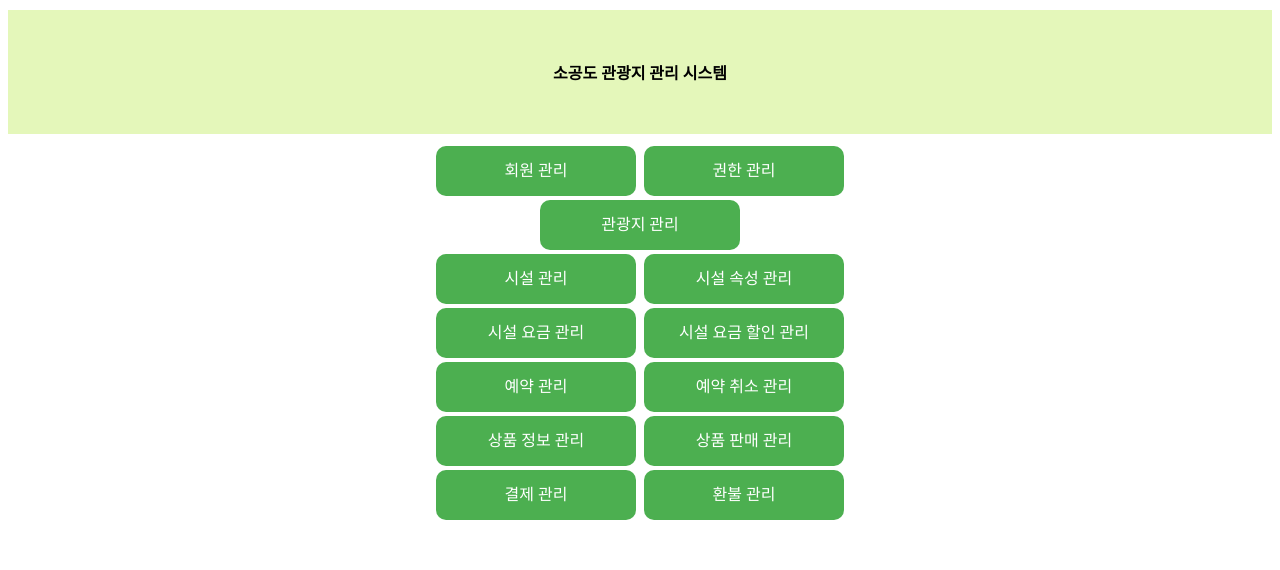
Repository: psyoongsc/SogongDo_Facility
Page: http://localhost/SogongDo_Management_System/
An editor plug-in stored every save of this project. The page is shown before and after the next save, followed by the edit.
The browser window is 1280 px wide. The pictures show the whole page.
The page is served by Tomcat 9. Nobody is signed in. The application's start-up code is not run. Other server files are loaded and not shown.

Above is the page before, as saved 2020-06-25 14:51:01.

### SogongDo_Management_System/WebContent/index.jsp
<%@ page language="java" contentType="text/html; charset=UTF-8"
    pageEncoding="UTF-8"%>
<!DOCTYPE html>
<html>
<head>
<meta charset="EUC-KR">
<title>소공도 관광지 관리 시스템</title>
<style>
a {
	text-decoration: none;
	text-align: center;
	background-color: #4CAF50;
	width: 200px;
	line-height: 50px;
	font-size: medium;
	display: inline-block;
	border-radius: 10px 10px;
	margin: 2px;
}

a:link {
	color: white;
}
a:visited {
	color: white;
}

.container {
	text-align: center;
}

.title {
	font-weight: bold;
	margin: 10px 0px;
	padding: 50px 0px;
	background-color: #E4F7BA;
}
</style>
</head>
<body>
	<div class="container title">
		소공도 관광지 관리 시스템
	</div>
	<div class="container">
		<a href="Member/view">회원 관리</a>
		<a href="Authority/view">권한 관리</a> <br>
		<a href="TouristSite/view">관광지 관리</a> <br>
		<a href="Facility/view">시설 관리</a>
		<a href="Facility/Attribute/view">시설 속성 관리</a> <br>
		<a href="Facility/Charge/view">시설 요금 관리</a>
		<a href="Facility/Charge/discount/view">시설 요금 할인 관리</a> <br>
		<a href="Reservation/view">예약 관리</a>
		<a href="Reservation/Cancel/view">예약 취소 관리</a> <br>
		<a href="Product/view">상품 정보 관리</a>
		<a href="Product/Sell/view">상품 판매 관리</a> <br>
		<a href="Payment/view">결제 관리</a>
		<a href="Refund/view">환불 관리</a> <br>
	</div>
</body>
</html>

After the next save:
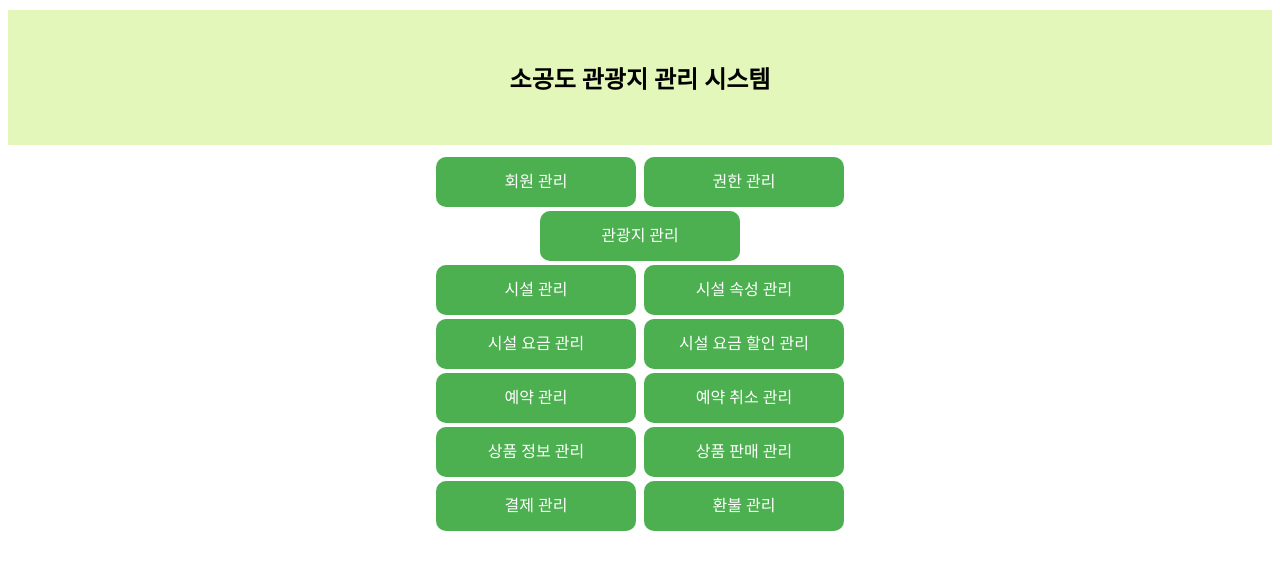
Saved 2 min 16 s later.
--- a/SogongDo_Management_System/WebContent/index.jsp
+++ b/SogongDo_Management_System/WebContent/index.jsp
@@ -30,6 +30,7 @@ a:visited {
 }
 
 .title {
+	font-size: x-large;
 	font-weight: bold;
 	margin: 10px 0px;
 	padding: 50px 0px;
